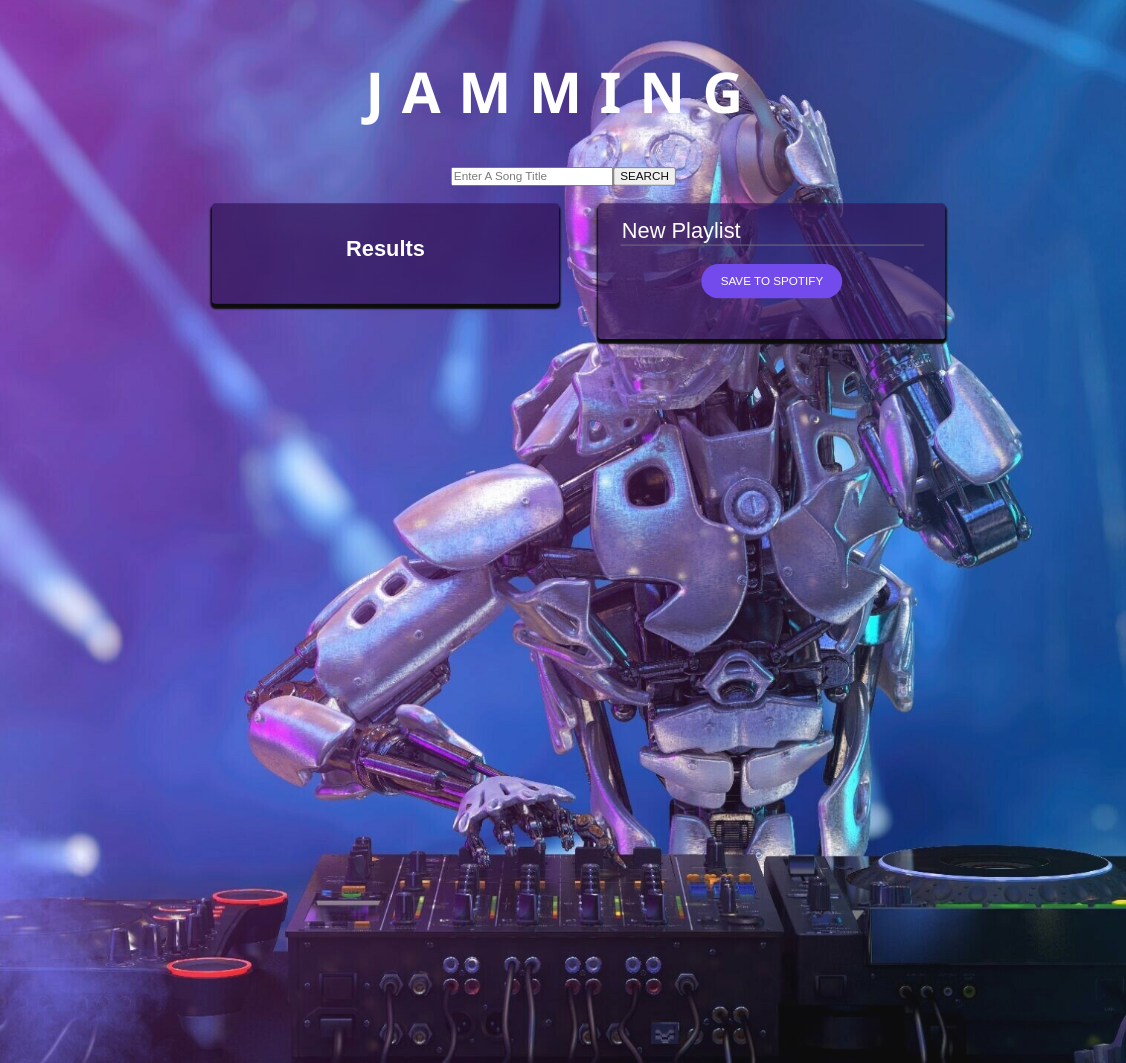
Repository: LolaSL/jamming
Page: /
The author's editor kept a copy of each file at every save. The page is drawn from the files as they stood at one save, then again after a run of saves.
The browser window is 1280 px wide. The pictures show the whole page, at 88% of full size.
The project was rebuilt for these pictures with package versions that can differ from the ones it lists, and the page was loaded fresh each time. Also part of the build but not shown: src/components/Track/Track.css, src/components/Track/Track.jsx.

Above is the page before, as saved 2023-06-23 18:08:33.

### src/App/App.js
import React, { useState, useCallback } from "react";
import "./App.css";

import Playlist from "../components/PlayList/PlayList.jsx";
import SearchBar from "../components/SearchBar/SearchBar";
import SearchResults from "../components/SearchResults/SearchResults";
import Spotify from "../utils/Spotify";

const App = () => {
  const [searchResults, setSearchResults] = useState([]);
  const [playlistName, setPlaylistName] = useState("New Playlist");
  const [playlistTracks, setPlaylistTracks] = useState([]);

  const search = useCallback(async (term) => {
    const results = await Spotify.search(term);
    setSearchResults(results);
  }, []);

  const addTrack = useCallback((track) => {
    if (playlistTracks.some((savedTrack) => savedTrack.id === track.id)) {
      return;
    }
    setPlaylistTracks((prevTracks) => [...prevTracks, track]);
  }, [playlistTracks]);

  const removeTrack = useCallback((track) => {
    setPlaylistTracks((prevTracks) =>
      prevTracks.filter((currentTrack) => currentTrack.id !== track.id)
    );
  }, []);

  const updatePlaylistName = useCallback((name) => {
    setPlaylistName(name);
  }, []);

  const savePlaylist = useCallback(async () => {
    const trackUris = playlistTracks.map((track) => track.uri);
    await Spotify.savePlaylist(playlistName, trackUris);
    setPlaylistName("New Playlist");
    setPlaylistTracks([]);
  }, [playlistName, playlistTracks]);

  return (
    <div className="App-container" data-testid="app-test">
      <h1>
        Jamming
      </h1>
      <SearchBar onSearch={search} />
      <div className="App-playlist">
          <SearchResults searchResults={searchResults} onAdd={addTrack} />
          <Playlist
            playlistName={playlistName}
            playlistTracks={playlistTracks}
            onNameChange={updatePlaylistName}
            onRemove={removeTrack}
            onSave={savePlaylist}
        />
      </div>
      </div>
  );
};

export default App;
;

### src/App/App.css
body,
html,
#root {
  height: 100%;

}

/* CSS for App-container */
.App-container {
  display: flex;
  flex-direction: column;
  align-items: center;
  padding: 20px;
  background-color: #f0f0f0;
  background-image: url('./background.jpg');
  height: 150%;
  padding: 0 17% 10% 17%;
  opacity: 0.95;
  background-size: cover;
  overflow: hidden;
  background-position: center;
  background-repeat: no-repeat;
  font-family: 'Work Sans', sans-serif;
  font-weight: 500;
  color: #56649f;
  text-align: center;
}

/* CSS for h1 */
h1 {
  font-family:'Segoe UI', Tahoma, Geneva, Verdana, sans-serif;
  text-transform: uppercase;
  letter-spacing: 20px;
  color: #ffffff;
  font-size: 4rem;
  margin-top: 60px;
}

/* CSS for SearchBar */
.SearchBar {
  display: flex;
  justify-content: center;
  align-items: center;
  margin-bottom: 20px;
}

/* CSS for App-playlist */
.App-playlist {
  display: grid;
  grid-template-columns: 1fr 1fr;
  grid-gap:80px;
  align-items: justify;
  /* width:500px; */
  margin: 0 auto;
}

/* CSS for SearchResults and Playlist components */
.SearchResults,
.Playlist {
  background-color: #fff;
  padding: 20px;
  border-radius: 4px;
  box-shadow: 0 2px 4px rgba(0, 0, 0, 0.1);
}

### src/components/PlayList/PlayList.jsx
import React, { useCallback } from "react";
import PropTypes from "prop-types";
import "./PlayList.css";
import TrackList from "../TrackList/TrackList";

const Playlist = ({
  onNameChange,
  playlistTracks,
  onRemove,
  onSave
}) => {
  const handleNameChange = useCallback((event) => {
    onNameChange(event.target.value);
  }, [onNameChange]);

  return (
    <div className="Playlist">
      <input onChange={handleNameChange} defaultValue={"New Playlist"} />
      <TrackList
        tracks={playlistTracks}
        isRemoval={true}
        onRemove={onRemove}
      />
      <button className="Playlist-save" onClick={onSave}>
        SAVE TO SPOTIFY
      </button>
    </div>
  );
};

Playlist.propTypes = {
  onNameChange: PropTypes.func,
  playlistTracks: PropTypes.array,
  onRemove: PropTypes.func,
  onSave: PropTypes.func
};

export default Playlist;

### src/components/SearchBar/SearchBar.jsx
import React, { useState, useCallback } from "react";
import "./SearchBar.css";

const SearchBar = ({ onSearch }) => {
  const [term, setTerm] = useState("");

  const handleTermChange = useCallback((event) => {
    setTerm(event.target.value);
  }, []);

  const search = useCallback(() => {
    onSearch(term);
  }, [onSearch, term]);

  return (
    <form className="SearchBar">
      <input placeholder="Enter A Song Title" onChange={handleTermChange} />
      <button className="SearchButton" onClick={search}>
        SEARCH
      </button>
    </form>
  );
};

export default SearchBar;

### src/components/SearchResults/SearchResults.jsx
import React from "react";
import "./SearchResults.css";
import TrackList from "../TrackList/TrackList";

const SearchResults = ({ searchResults, onAdd }) => {
  return (
    <div className="SearchResults">
      <h2>Results</h2>
      <TrackList tracks={searchResults} onAdd={onAdd} />
    </div>
  );
};

export default SearchResults;

### src/utils/Spotify.js
const clientId = 'a18dfb23f21c4bf69aa0c5c6ac72acdc'; // Insert client ID here.
const redirectUri = 'http://localhost:3000/'; // Have to add this to your accepted Spotify redirect URIs on the Spotify API.

let accessToken;

const Spotify = {
  getAccessToken() {
    if (accessToken) {
      return accessToken;
    }

    const accessTokenMatch = window.location.href.match(/access_token=([^&]*)/);
    const expiresInMatch = window.location.href.match(/expires_in=([^&]*)/);
    if (accessTokenMatch && expiresInMatch) {
      accessToken = accessTokenMatch[1];
      const expiresIn = Number(expiresInMatch[1]);
      window.setTimeout(() => accessToken = '', expiresIn * 1000);
      window.history.pushState('Access Token', null, '/'); // This clears the parameters, allowing us to grab a new access token when it expires.
      return accessToken;
    } else {
      const accessUrl = `https://accounts.spotify.com/authorize?client_id=${clientId}&response_type=token&scope=playlist-modify-public&redirect_uri=${redirectUri}`;
      window.location = accessUrl;
    }
  },

  async search(term) {
    const accessToken = Spotify.getAccessToken();
    const response = await fetch(`https://api.spotify.com/v1/search?type=track&q=${term}`, {
      headers: {
        Authorization: `Bearer ${accessToken}`
      }
    });
    const jsonResponse = await response.json();
    if (!jsonResponse.tracks) {
      return [];
    }
    return jsonResponse.tracks.items.map(track => ({
      id: track.id,
      name: track.name,
      artist: track.artists[0].name,
      album: track.album.name,
      popularity: track.popularity,
      uri: track.uri
    }));
  },

  savePlaylist(name, trackUris) {
    if (!name || !trackUris.length) {
      return;
    }

    const accessToken = Spotify.getAccessToken();
    const headers = { Authorization: `Bearer ${accessToken}` };
    let userId;

    return fetch('https://api.spotify.com/v1/me', { headers: headers }
    ).then(response => response.json()
    ).then(jsonResponse => {
      userId = jsonResponse.id;
      return fetch(`https://api.spotify.com/v1/users/${userId}/playlists`, {
        headers: headers,
        method: 'POST',
        body: JSON.stringify({ name: name })
      }).then(response => response.json()
      ).then(jsonResponse => {
        const playlistId = jsonResponse.id;
        return fetch(`https://api.spotify.com/v1/users/${userId}/playlists/${playlistId}/tracks`, {
          headers: headers,
          method: 'POST',
          body: JSON.stringify({ uris: trackUris })
        });
      });
    });
  }
};

export default Spotify;

### src/components/PlayList/PlayList.css
.Playlist {
    display: flex;
    flex-direction: column;
    align-items: center;
    justify-items: center;
    overflow-y: scroll;
    width: 100%;
    max-height: 900px;
    padding: 1.1rem;
    background-color: rgba(40, 9, 80, 0.7);
    box-shadow: 0 4px 2px 2px #000000;

  }

  .Playlist input {
    width: 95%;
    border: 0;
    outline: 0;
    background: transparent;
    border-bottom: 1px solid #6f6f6f;
    font-family: 'Poppins', sans-serif;
    font-size: 1.55rem;
    color: #fff;
  }

  .Playlist-save {
    cursor: pointer;
    width: 10rem;
    padding: .77rem 0;
    border-radius: 54px;
    border-width: 0px;
    margin-top: 1.27rem;
    background-color: #6c41ec;
    text-align: center;
    font-size: .83rem;
    transition: background-color .25s;
    color: #fff;
    font-weight: 500;
  }

  .Playlist-save:hover {
    background-color: rgba(108, 65, 233, .7);
  }

  ::-webkit-scrollbar {
      width: 0px;
      background: transparent;
  }

  @media screen and (min-width: 400px) {
    .Playlist {
      width: 70%;
      height: auto;
      align-items: center;
    }
  }

  @media screen and (min-width: 800px) {
    .Playlist {
      width:75%;
      height: auto;
    }
  }
  @media only screen and (max-width: 1220px) {
    .Playlist {
      width: 90%;
      height: auto;
      align-items: center;
    }
  }
  @media only screen and (max-width: 1620px) {
    .Playlist {
      width: 100%;
      height: auto;
      align-items: center;
    }
  }

### src/components/TrackList/TrackList.jsx
import React from "react";
import PropTypes from "prop-types";
import "./TrackList.css";
import Track from "../Track/Track";

const TrackList = ({ tracks, onAdd, isRemoval, onRemove }) => {
  return (
    <div className="TrackList">
      {tracks.map((track, index) => (
        <Track
          key={index}
          track={track}
          onAdd={onAdd}
          isRemoval={isRemoval}
          onRemove={onRemove}
        />
      ))}
    </div>
  );
};

TrackList.propTypes = {
  tracks: PropTypes.array,
  onAdd: PropTypes.func,
  onRemove: PropTypes.func,
  isRemoval: PropTypes.bool,
};

export default TrackList;

### src/components/SearchResults/SearchResults.css
.SearchResults {
  display: flex;
  flex-direction: column;
  align-items: left;
  overflow-y: scroll;
  width: 38%;
  max-height: 900px;
  padding: 1.1rem;
  background-color: rgba(40, 9, 80, 0.7);
  box-shadow: 0 4px 2px 2px #000000;
  gap: 10px;

  }
  h2{
    font-family: 'Poppins', sans-serif;
    color: #ffffff;
    text-align: left;
    font-size: 1.55rem;
  }
  ::-webkit-scrollbar {
      width: 0px;
      background: transparent;
  }

  /* @media only screen and (max-width: 1020px) {
    .SearchResults {
      width: 90%;
      margin-bottom:2.5rem;
    }
  } */

  @media screen and (min-width: 400px) {
    .SearchResults {
      width: 70%;
      margin-bottom:1.5rem;
      align-items: center;
    }
  }

  @media screen and (min-width: 800px) {
    .SearchResults {
      width:75%;
      margin-bottom:2rem;
      align-items: center;
    }
  }
  @media only screen and (max-width: 1220px) {
    .SearchResults {
      width: 90%;
      margin-bottom:2.5rem;
      align-items: center;
    }
  }
  @media only screen and (max-width: 1620px) {
    .SearchResults {
      width: 100%;
      margin-bottom:2.5rem;
      align-items: center;
    }
  }

### src/components/TrackList/TrackList.css
.TrackList {
    width: 100%;
    overflow-y: scroll;
  }

  @media screen and (max-width: 400px) {
    .TrackList {
      width: 70%;
      height: auto;
      align-items: center;
    }
  }

  @media screen and (max-width: 800px) {
    .TrackList {
      width:75%;
      height: auto;
      align-items: center;
    }
  }
  @media only screen and (max-width: 1220px) {
    .TrackList {
      width: 90%;
      height: auto;
      align-items: center;
    }
  }
  @media only screen and (max-width: 1620px) {
    .TrackList {
      width: 100%;
      height: auto;
      align-items: center;
    }
  }

### src/components/SearchBar/SearchBar.css
/* .SearchBar {
  display: flex;
  flex-direction: column;
  align-items: center;
  padding-top: 4rem;
  margin-bottom: 4rem;
}

.SearchBar input {
  width: 450px;
  height: 25px;
  padding:1rem 0;
  border: 2px solid #fff;
  border-radius: 15px;
  margin-bottom: 1rem;
  color: black;
  font-weight: 600;
  text-align: center;
  font-size: 1.5rem;
  opacity: 0.45;
  z-index: 1;
}

.SearchBar input:focus {
  outline: none;
}

.SearchButton {
  cursor: pointer;
  width: 8.11rem;
  padding: 0.77rem 0;
  border-radius: 54px;
  background-color: rgba(40, 9, 80, 0.7);
  text-align: center;
  font-size: 1rem;
  transition: background-color 0.25s;
  border: 0px;
  color: #fff;
  font-weight: 500;
}

.SearchButton:hover {
  background-color: rgba(108, 65, 233, 0.7);
} */

Loaded but not shown: public/index.html (common file); src/index.js (common file); src/index.css (common file); src/reportWebVitals.js (common file)

After the next 2 saves:
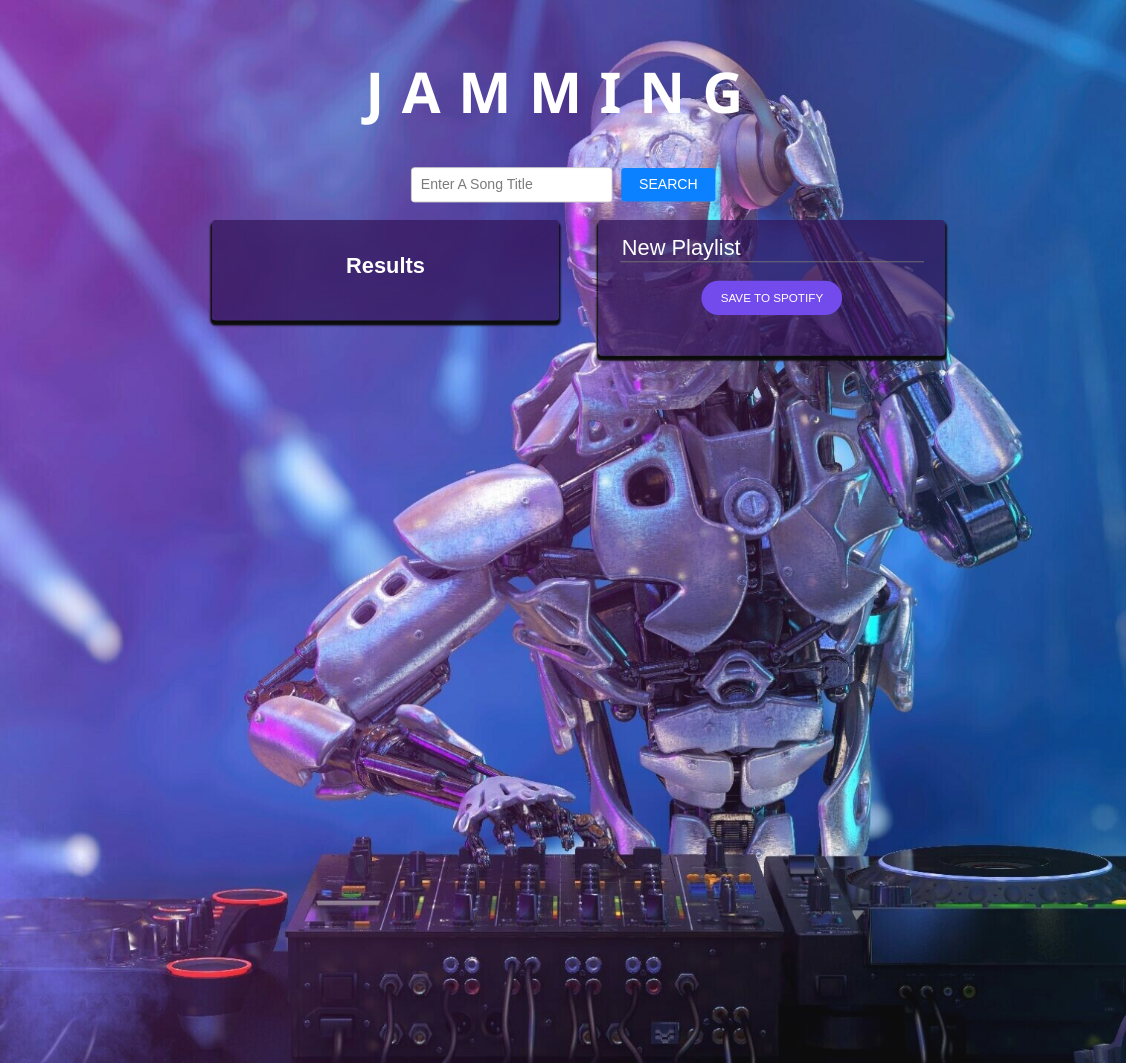
The 2 saves are shown as one change because they came seconds apart.
The last was saved 11 s later.
--- a/src/components/SearchBar/SearchBar.css
+++ b/src/components/SearchBar/SearchBar.css
@@ -1,3 +1,37 @@
+/* CSS for SearchBar form */
+.SearchBar {
+  display: flex;
+  align-items: center;
+}
+
+/* CSS for input */
+.SearchBar input {
+  flex-grow: 1;
+  padding: 10px;
+  border: 1px solid #ccc;
+  border-radius: 4px;
+  font-size: 16px;
+  margin-right: 10px;
+}
+
+/* CSS for button */
+.SearchBar button {
+  padding: 10px 20px;
+  background-color: #007bff;
+  color: #fff;
+  border: none;
+  border-radius: 4px;
+  font-size: 16px;
+  cursor: pointer;
+}
+
+/* CSS for button hover effect */
+.SearchBar button:hover {
+  background-color: #0056b3;
+}
+
+
+
 /* .SearchBar {
   display: flex;
   flex-direction: column;
